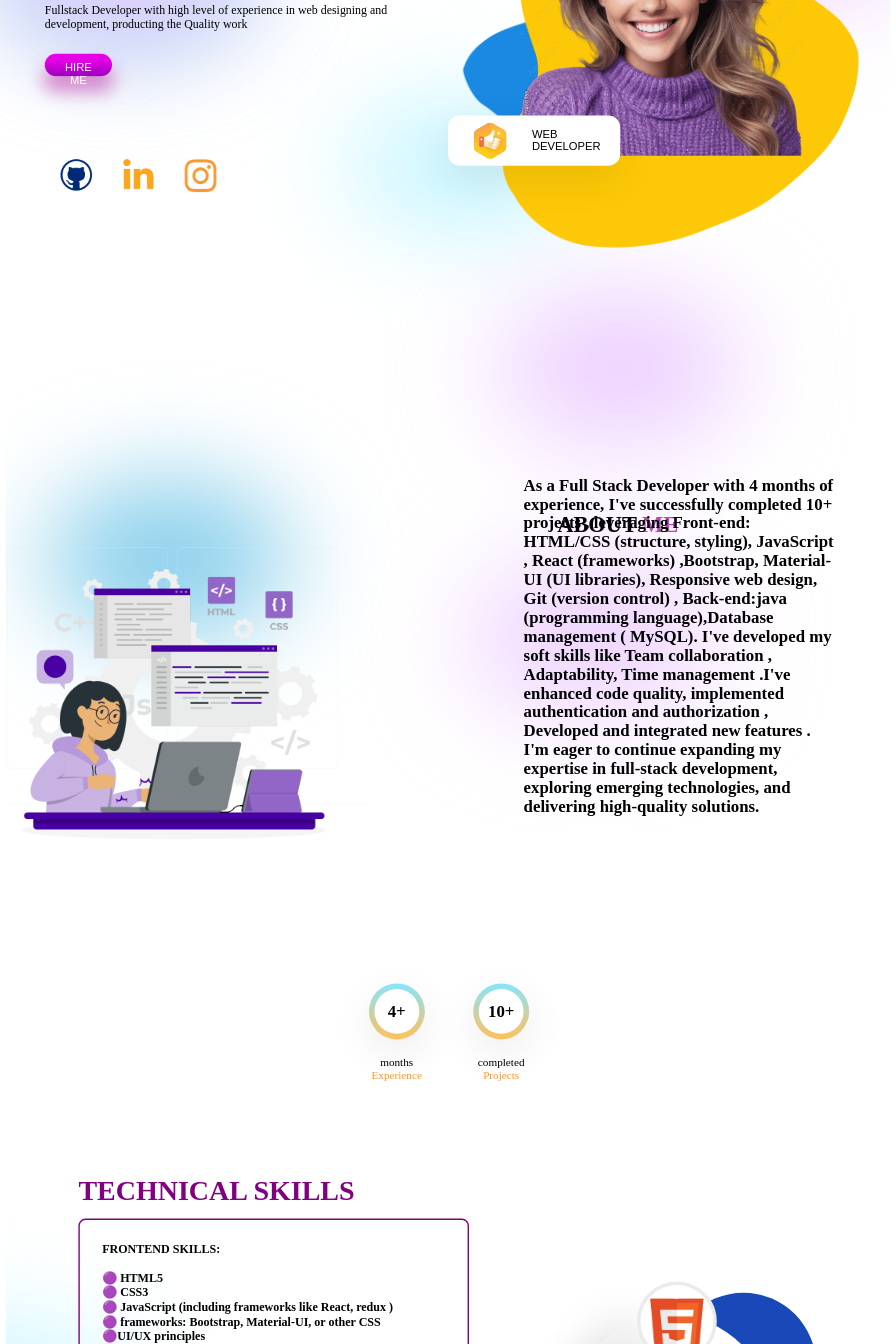
Repository: glorysandy/Protfolio
Page: /
These files come from the project's save history. The page is drawn as it stood at one moment and after the next save; the edit follows.
The browser window is 1280 px wide. The pictures show the part of the page from y = 307 to 2227 px (the page is 4881 px tall), at 70% of full size.
The project was rebuilt for these pictures with package versions that can differ from the ones it lists, and the page was loaded fresh each time. Imported but missing from the stored project, and not drawn on this page: src/components/Services/SANDHIYA.P (RESUME).pdf.

Above is the page before, as saved 2024-10-16 21:50:59.

After the next save:
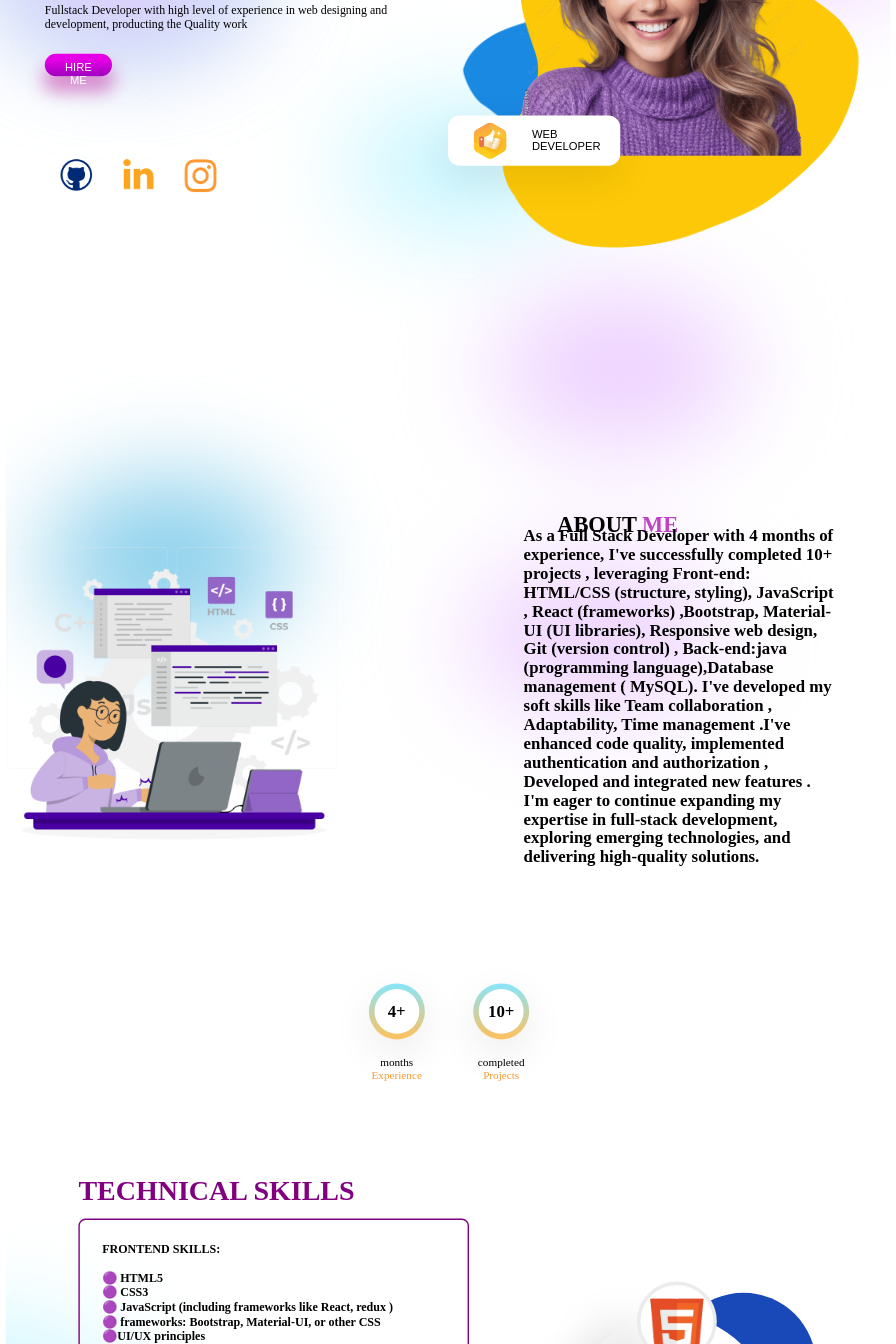
Saved 5 s later.
--- a/src/components/Testimonials/Testimonial.jsx
+++ b/src/components/Testimonials/Testimonial.jsx
@@ -17,7 +17,7 @@ const Testimonial = () => {
           src={back}
           alt=""
         />
-</div> <div className="t-sen" style={{fontSize:"1.5rem",fontWeight: "5rem",  position: "absolute", marginTop: "-90vh" ,marginLeft: "-48px",marginRight: "18px"
+</div> <div className="t-sen" style={{fontSize:"1.5rem",fontWeight: "5rem",  position: "absolute", marginTop: "-80vh" ,marginLeft: "-48px",marginRight: "18px"
 }}> <span>As a Full Stack Developer with 4 months of experience, I've   successfully completed 10+ projects , leveraging Front-end:  HTML/CSS (structure, styling), JavaScript , React (frameworks) ,Bootstrap, Material-UI (UI libraries), Responsive web design, Git (version control)
 , Back-end:java (programming language),Database management ( MySQL). I've developed my soft skills like Team collaboration , Adaptability, Time management .I've enhanced code quality, implemented authentication   and authorization
 ,  Developed and integrated new features
